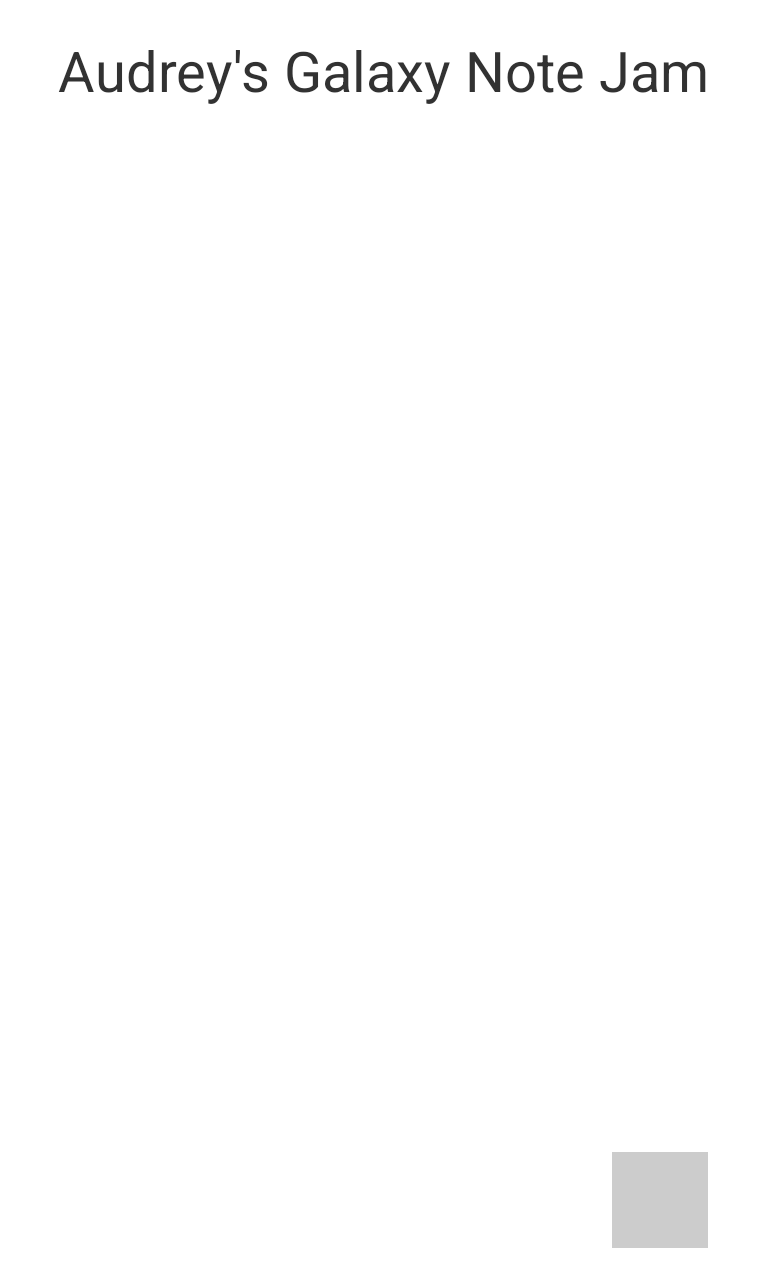
Repository: JayThomason/Tutti
Layout: tuttiUI/tuttiUI/res/layout/activity_view_jam.xml
These files come from the project's save history. The layout is drawn as it stood at one moment and after the next save; the edit follows.
It is drawn on a 768 x 1280 px phone screen (xhdpi) without system bars, with theme AppTheme; the app's code is not run. Lists and similar views that code fills are empty.

Above is the layout before, as saved 2014-03-09 08:24:33.

After the next save:
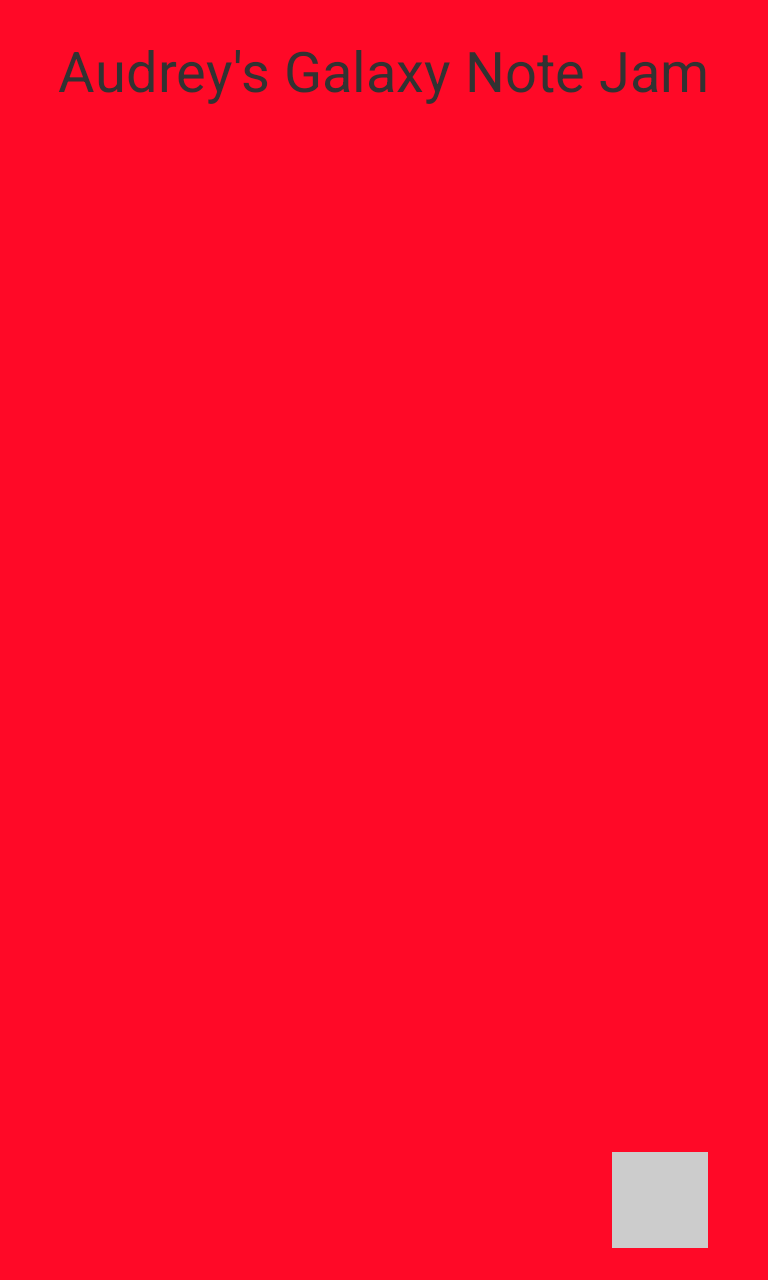
Saved 37 s later.
--- a/tuttiUI/tuttiUI/res/layout/activity_view_jam.xml
+++ b/tuttiUI/tuttiUI/res/layout/activity_view_jam.xml
@@ -6,6 +6,7 @@
     android:paddingLeft="@dimen/activity_horizontal_margin"
     android:paddingRight="@dimen/activity_horizontal_margin"
     android:paddingTop="@dimen/activity_vertical_margin"
+    android:background="#FF0927"
     tools:context=".ViewJamActivity" >
 
     <TextView
